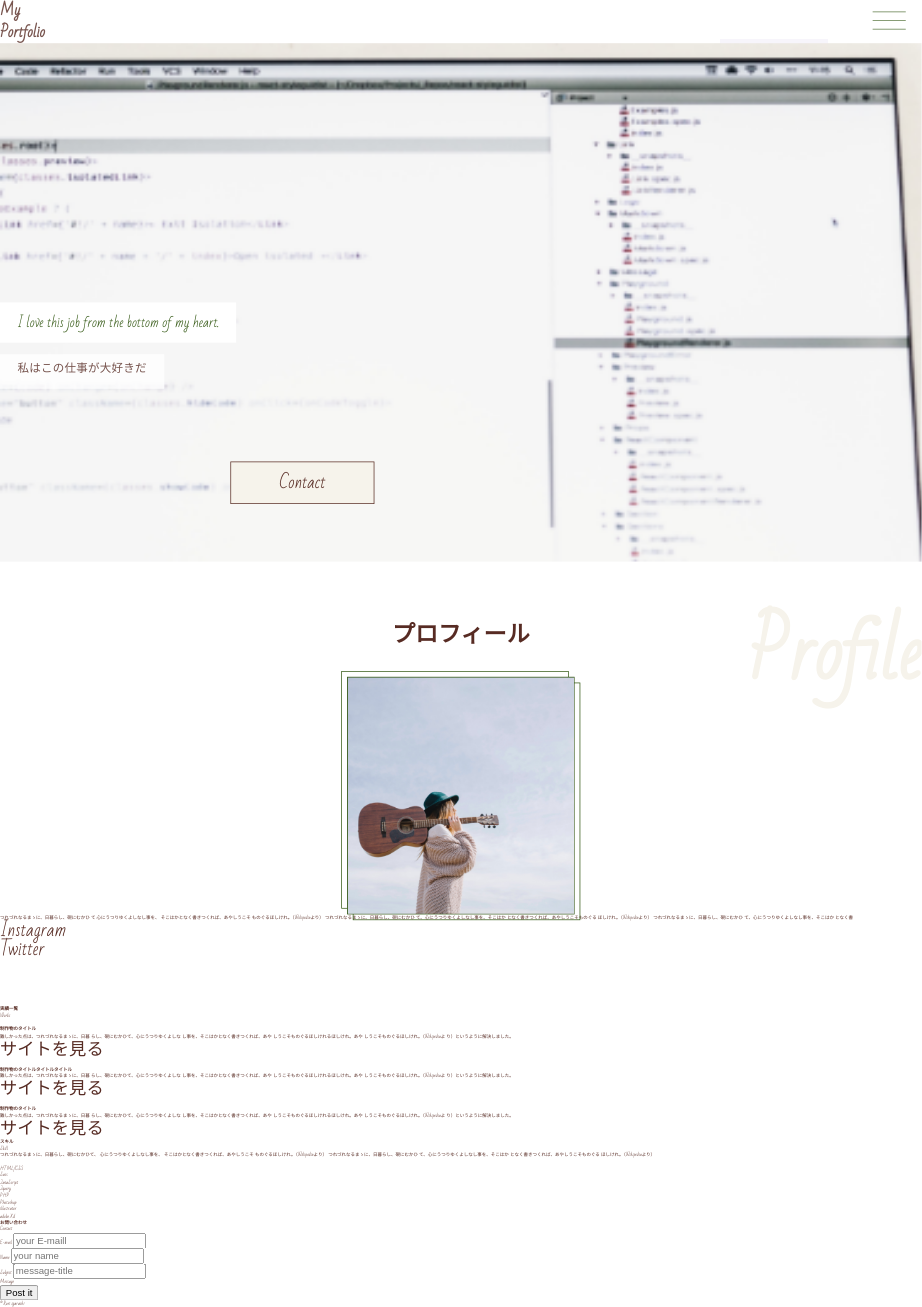
Repository: ppmp556/igarashi.kakuu
Page: index.html
These files come from the project's save history. The page is drawn as it stood at one moment and after the next save; the edit follows.
The browser window is 1280 px wide. The pictures show the whole page, at 72% of full size.
Some web libraries are served in a nearby version. The style sheet was rebuilt from its Sass, Less or Tailwind sources for each picture, by a compiler version that may differ from the author's.

Above is the page before, as saved 2020-10-25 17:28:43.
Console error: TypeError: Cannot read properties of null (reading 'addEventListener')

### index.html
<!DOCTYPE html>
<html lang="ja">
    <head>
        <meta charset="UTF-8">
        <meta name="viewport" content="width=device-width, initial-scale=1.0, maximum-scale=1.0, minimum-scale=1.0">
        <link rel="stylesheet" href="faundation.css" type="text/css">
        <link rel="stylesheet" href="./css/style.css" type="text/css">
        <link href="https://use.fontawesome.com/releases/v5.6.1/css/all.css" rel="stylesheet">
        <link href="https://fonts.googleapis.com/css?family=Bad+Script" rel="stylesheet">
        <link href="https://fonts.googleapis.com/css?family=Sawarabi+Gothic" rel="stylesheet">
        <link rel="img" href="image">
        <title>架空LP</title>

    </head>
    <body>

        <div class="container">
            <header class="header">
                <h1 class="header_ttl">
                    <a href="index.html" class="header_link">My Portfolio</a><!-- /.header_link -->
                </h1><!-- /.header_ttl -->
                <nav class="nav">
                    <div class="nav_wrapper" id="nav_lists">
                        <!-- ハンバーガーメニュー部分 -->
                        <div class="toggle_btn" id="nav_toggler">
                            <span class="toggle_line __tg1"></span>
                            <span class="toggle_line __tg2"></span>
                            <span class="toggle_line __tg3"></span>
                        </div>
                        <!-- ハンバーガーメニューここまで -->
                    </div>
                    <ul class="nav_list flex">
                        <li class="nav_item">
                            <a href="#" class="nav_link">Profile<span class="nav_sp">プロフィール</a><!-- /.nav_link -->
                        </li><!-- /.nav_item -->
                        <li class="nav_item">
                            <a href="#" class="nav_link">Works<span class="nav_sp">実績一覧</a><!-- /.nav_link -->
                        </li><!-- /.nav_item -->
                        <li class="nav_item">
                            <a href="#" class="nav_link">Skill<span class="nav_sp">スキル</a><!-- /.nav_link -->
                        </li><!-- /.nav_item -->
                        <li class="nav_item">
                            <a href="#" class="nav_link">Contact<span class="nav_sp">お問い合わせ</a><!-- /.nav_link -->
                        </li><!-- /.nav_item -->
                    </ul><!-- /.nav_list -->
                </nav><!-- /.nav -->
            </header><!-- /.header -->
        </div><!-- /.container -->
        <div class="kv">
            <div class="kv_txtbox">
                <p class="kv_txt">I love this job from the bottom of my heart.</p><!-- /.kv_txt -->
                <p class="kv_txt __subtxt">私はこの仕事が大好きだ</p><!-- /.kv_txt -->
            </div><!-- /.kv_txtbox -->
            <div class="contact_box">
                <a href="#" class="contact_link">Contact</a><!-- /.contact_link -->
            </div><!-- /.contact_box -->
        </div><!-- /.kv -->
        <main>
            <div class="inner">

                <section class="prof" id="prof">
                    <div class="section_ttlbox">
                        <h2 class="prof_ttl">プロフィール</h2><!-- /.prof_ttl -->
                        <!-- <span class="prof_sub">Profile</span> -->
                    </div><!-- /.section_ttlbox -->
                    <div class="prof_imgbox">
                        <img src="images/profile/profile.png" alt="#" class="prof_img">
                    </div><!-- /.prof_imgbox -->
                    <p class="prof_txt">
                        つれづれなるまゝに、日暮らし、硯にむかひ
                        て
                        心にうつりゆくよしなし事を、
                        そこはかとなく書きつくれば、あやしうこそ
                        ものぐるほしけれ。（Wikipediaより）
                        つれづれなるまゝに、日暮らし、硯にむかひ
                        て、心にうつりゆくよしなし事を、そこはか
                        となく書きつくれば、あやしうこそものぐる
                        ほしけれ。（Wikipediaより）
                        つれづれなるまゝに、日暮らし、硯にむかひ
                        て、心にうつりゆくよしなし事を、そこはか
                        となく書
                    </p><!-- /.prof_txt -->
                    <div class="section_btnbox">
                        <div class="site_btn">
                            <a href="#" class="site_link">Instagram</a>
                        </div><!-- /.site_btn -->
                        <div class="site_btn">
                            <a href="#" class="site_link">Twitter</a>
                        </div><!-- /.site_btn -->
                    </div><!-- /.section_btnbox -->
                </section><!-- /#prof.prof -->


                <section class="work" id="work">
                    <div class="section_ttlbox">
                        <h2 class="work_ttl">実績一覧</h2><!-- /.work_ttl -->
                        <span class="work_sub">Works</span>
                    </div><!-- /.section_ttlbox -->

                    <div class="work_imgbox">
                        <ul class="work_list">
                            <li class="work_item">
                                <img src="" alt="" class="work_img">
                                <h3 class="work_ttl">制作物のタイトル</h3><!-- /.work_txt -->
                                <p class="work_txt">
                                    難しかった点は、つれづれなるまゝに、日暮
                                    らし、硯にむかひて、心にうつりゆくよしな
                                    し事を、そこはかとなく書きつくれば、あや
                                    しうこそものぐるほしけれるほしけれ。あや
                                    しうこそものぐるほしけれ。（Wikipediaよ
                                    り）というように解決しました。
                                </p><!-- /.work_txt -->
                                <div class="site_btn">
                                    <a href="#" class="site_link">サイトを見る</a>
                                </div><!-- /.site_btn -->
                            </li><!-- /.work_item -->
                            <li class="work_item">
                                <img src="" alt="" class="work_img">
                                <h3 class="work_ttl">制作物のタイトルタイトルタイトル</h3><!-- /.work_txt -->
                                <p class="work_txt">
                                    難しかった点は、つれづれなるまゝに、日暮
                                    らし、硯にむかひて、心にうつりゆくよしな
                                    し事を、そこはかとなく書きつくれば、あや
                                    しうこそものぐるほしけれるほしけれ。あや
                                    しうこそものぐるほしけれ。（Wikipediaよ
                                    り）というように解決しました。
                                </p><!-- /.work_txt -->
                                <div class="site_btn">
                                    <a href="#" class="site_link">サイトを見る</a>
                                </div><!-- /.site_btn -->
                            </li><!-- /.work_item -->
                            <li class="work_item">
                                <img src="" alt="" class="work_img">
                                <h3 class="work_ttl">制作物のタイトル</h3><!-- /.work_txt -->
                                <p class="work_txt">
                                    難しかった点は、つれづれなるまゝに、日暮
                                    らし、硯にむかひて、心にうつりゆくよしな
                                    し事を、そこはかとなく書きつくれば、あや
                                    しうこそものぐるほしけれるほしけれ。あや
                                    しうこそものぐるほしけれ。（Wikipediaよ
                                    り）というように解決しました。
                                </p><!-- /.work_txt -->
                                <div class="site_btn">
                                    <a href="#" class="site_link">サイトを見る</a>
                                </div><!-- /.site_btn -->
                            </li><!-- /.work_item -->
                        </ul><!-- /.work_list -->
                    </div><!-- /.work_imgbox -->
                </section><!-- /#work.work -->

                <section class="skii" id="skill">
                    <div class="section_ttlbox">
                        <h2 class="skill_ttl">スキル</h2><!-- /.skill_ttl -->
                        <span class="skill_sub">Skill</span>
                    </div><!-- /.section_ttlbox -->
                    <div class="skill_txtbox">
                        <p class="skill_txt">
                            つれづれなるまゝに、日暮らし、硯にむかひて、
                            心にうつりゆくよしなし事を、
                            そこはかとなく書きつくれば、あやしうこそ
                            ものぐるほしけれ。（Wikipediaより）
                            つれづれなるまゝに、日暮らし、硯にむかひ
                            て、心にうつりゆくよしなし事を、そこはか
                            となく書きつくれば、あやしうこそものぐる
                            ほしけれ。（Wikipediaより）
                        </p><!-- /.skill_txt -->
                    </div><!-- /.skill_txtbox -->
                    <div class="skill_listbox">
                        <div class="skill_imgbox">
                            <img src="" alt="" class="skill_img">
                        </div><!-- /.skill_imgbox -->
                        <ul class="skill_list">
                            <li class="skill_item">HTML/CSS</li><!-- /.skill_item -->
                            <li class="skill_item">Sass</li><!-- /.skill_item -->
                            <li class="skill_item">JavaScript</li><!-- /.skill_item -->
                            <li class="skill_item">Jquery</li><!-- /.skill_item -->
                            <li class="skill_item">PHP</li><!-- /.skill_item -->
                            <li class="skill_item">Photoshop</li><!-- /.skill_item -->
                            <li class="skill_item">illustrator</li><!-- /.skill_item -->
                            <li class="skill_item">adobe Xd</li><!-- /.skill_item -->
                        </ul><!-- /.skill_list -->
                    </div><!-- /.skill_listbox -->
                </section><!-- /#skill.skii -->

                <section class="contact" id="contact">
                    <div class="section_ttlbox">
                        <h2 class="contact_ttl">お問い合わせ</h2><!-- /.contact_ttl -->
                        <span class="contact_sub">Contact</span>
                    </div><!-- /.section_ttlbox -->
                    <form action="#" class="ly-form">
                        <div class="form ord1">
                            <div class="form2">

                                <label for="email" class="formTitle u-formTxt">E-mail</label>
                                <input type="email" class="formBox" name="your-E-mail" placeholder="your E-maill">
                            </div>
                        </div>
                        <div class="form ord2">
                            <div class="form2">
                                    <label for="name" class="formTitle u-formTxt">Name</label>
                                    <input type="text" class="formBox" name="your name" placeholder="your name">

                            </div>
                        </div>
                        <div class="form ord3">
                            <div class="form2">
                                <label for="subject" class="formTitle u-formTxt">Subject</label>
                                <input type="subject" class="formBox" name="message-title" placeholder="message-title">
                            </div>
                        </div>
                        <div class="form ord4">
                            <div class="form2">
                                <label for="message" class="formTitle u-formTxt">Message</label>
                                <textare name="contents" class="area" name="contents" placeholder="contents" rows="4" cols="40"></textare>
                            </div>
                        </div>
                        <div class="inputWrap btnhv u-send">
                            <input type="submit" value="Post it" class="sendBtn">
                        </div>
                    </form>
                </section><!-- /#contact.contact -->
            </div><!-- /.inner -->

        </main>


        <footer class="footer">
            <div class="footer_sharbox">
                <ul class="footer_sharalist">
                    <li class="footer_item"></li><!-- /.footer_item -->
                    <li class="footer_item"></li><!-- /.footer_item -->
                    <li class="footer_item"></li><!-- /.footer_item -->
                </ul><!-- /.footer_sharalist -->
            </div><!-- /.footer_sharbox -->
            <small class="footer_txt">&copy; Ruri igarashi</small>
        </footer><!-- /.footer -->


        <script type="text/javascript" src="menu.js"></script>
        <script src="https://code.jquery.com/jquery-3.4.1.js" integrity="sha256-WpOohJOqMqqyKL9FccASB9O0KwACQJpFTUBLTYOVvVU=" crossorigin="anonymous"></script>

    </body>
</html>

### faundation.css

html,
body,
div,
span,
object,
iframe,
h1,
h2,
h3,
h4,
h5,
h6,
p,
blockquote,
pre,
abbr,
address,
cite,
code,
del,
dfn,
em,
img,
ins,
kbd,
q,
samp,
small,
strong,
sub,
sup,
var,
b,
i,
dl,
dt,
dd,
ol,
ul,
li,
fieldset,
form,
label,
legend,
table,
caption,
tbody,
tfoot,
thead,
tr,
th,
td,
article,
aside,
canvas,
details,
figcaption,
figure,
footer,
header,
hgroup,
menu,
nav,
section,
summary,
time,
mark,
audio,
video {
  margin: 0;
  padding: 0;
  border: 0;
  outline: 0;
  font-size: 100%;
  vertical-align: baseline;
  background: transparent;
}

body {
  line-height: 1.5;
}

article,
aside,
details,
figcaption,
figure,
footer,
header,
hgroup,
menu,
nav,
section {
  display: block;
}

ul,
ol {
  list-style: none;
}

table {
  border-collapse: collapse;
  border-spacing: 0;
}

a {
  color: inherit;
  text-decoration: none;
}

img {
  width: 100%;
  max-width: 100%;
  height: auto;
  vertical-align: bottom;
}

### menu.js
const body = document.body;

const toggler = document.getElementById('navToggler');
//#navToggleを取得し、togglerに格納


const navList = document.getElementById('js-nav');
const navList2 = document.getElementById('js-nav2');
//#navListsを取得し、navListに格納


toggler.addEventListener('click', function() {
    //togglerクリックされたら、
    body.classList.toggle('clicked');

});
navList.addEventListener('click', function(){


    body.classList.remove('clicked');
});
navList2.addEventListener('click', function(){


    body.classList.remove('clicked');
});

### scss/style.scss
@charset "UTF-8";

$cColor: #572B23;
$cBgColor: #f6f3eb;
$cGreen: #315611;
$cwhite: #ffffff;
$cGray: #f9f9f9;


html {
    font-size: 62.5%;
    overflow: auto;


}

body {
    color: $cColor;
    background-color: $cwhite;
    font-family: "Bad Script","Sawarabi Gothic";
    font-size: 62.5%;
    margin: 0 auto;
    overflow: hidden;
    width: 100%;
    height: auto;

}

*, *::before, *::after {
    box-sizing: border-box;
}

a:link, a:visited, a:hover, a:active {
    /*テキストデフォルト下線外し*/
    text-decoration: none;
    /* color: #ffffff; */
}




.container {
    overflow: hidden;
}


.flex {
    display: flex;
    justify-content: flex-start;
}

.inner {
    min-width: 336px;
    width: 100%;
    margin: 0 auto;
}


.site_btn {
    display: flex;
    width: 200px;
    font-size: 2.4rem;
    color: #572B23;
    line-height: 27px;
}

.site_link {
    width: 100%;
    height: 100%;
    display: block;
    margin: auto;
}

/****************

header

*************/

.header {
    display: flex;
    z-index: 5;
    width: 100%;
    height: 100%;
    background-color: $cwhite;
    opacity: .8;

    &_ttl {
        font-size: 2.0rem;
    font-family: "Bad Script";
    opacity: 1;
    color: $cColor;
    }
}

// nav

.nav {
    width: 100%;
    line-height: 20px;
    display: flex;
    justify-content: center;
    align-items: center;


    /* ハンバーガーメニュー */
    &_list {
        position: absolute;
        display: block;
        top: 54px;
        /* left: 377px; */
        left: 1000px;
        overflow: hidden;
        width: 15rem;
        max-height: auto;
        cursor: pointer;

        overflow-y: auto;/*縦方向の表示*/

        display: flex;
        flex-direction: column;
        transition: opacity .8s ease, visibility .6s ease;
        color: #572B23;

        background-color: #F6F3FB;
        visibility: .6s ease;
        opacity: 1;

        &.clicked {
            left: 114px;
            visibility: visible;
            opacity: 0.9;
            width: 262px;
            top: 0;
            /* height: 667px; */
            height: 100vh;
            background-color: #f6f3f8;
            position: absolute;
            display: flex;
            align-items: center;
            justify-content: center;

        }
    }

    &_item {
        padding: 2px 0;
        font-size: 2rem;
        color: #572B23;
        position: relative;

        transition: transform 6s ease, opacity .2s ease;

        &:nth-child(1) {
        transform: translateX(200px);

        transition: transform .6s ease, opacity .2s ease;

        }

        &:nth-child(2) {
        transition-delay: .15s;

        }
        &:nth-child(3) {
        transition-delay: .3s;

        }

        &:nth-child(4) {
        transition-delay: .45s;

        }

        &:nth-child(5) {
        transition-delay: .6s;

        }

        &::after {
        position: absolute;
        bottom: -4px;
        left: 0;
        content: '';
        width: 100%;
        height: 2px;
        background: #572B23;
        transform: scale(0, 1);
        transform-origin: left top;
        transition: transform .3s;
        }

        &:hover::after {
        transform: scale(1, 1);
        }

    }







    &_link {
        width: 100%;
        display: block;
        color: #572B23;
    font-size: 2.4rem;
    display: flex;
    align-items: center;
    flex-direction: column;
    justify-content: center;
    }


}




.clicked .navList .navItem {
    transform: translateX(0px);
}







.toggle_btn {

    z-index: 2000;
    position: absolute;
    top: 0;
    width: 45.25px;
    /* height: 24px; */
    height: 55px;
    right: 16.19px;
    cursor: pointer;
    transition: all .30s ease-in-out;/*0.3秒かけて変化*/
}

.toggle_line {
    display: block;
    position: absolute;
    z-index: 2100;
    right: 6.3px;
    top: 14px;
    width: 100%;
    height: 1px;
    background-color: #315611;
    transition: all 0.3s;
}


.__tg1 {
    top: 16.19px;

    &.clicked {
        transform: translateY(12px) rotate(-315deg);
    }
}
.__tg2 {
    top: 28.19px;
    &.clicked {
        opacity: 0;
    }
}
.__tg3 {
    top: 40.19px;
    &.clicked {
        transform: translateY(-11px) rotate(315deg);
    }
}


/****************

kv

*************/

.kv {
    background: url(/images/top-image/top-image.png) center / cover no-repeat;
    background-position-y: 50%;
    height: 100vh;
    width: 100%;
    // display: flex;

    position: relative;

    &_txtbox {
        position: absolute;
        top: 50%;

    }

    &_txt {
        margin: auto;
        text-align: center;
        font-size: 1.8rem;
        color: $cGreen;
        padding: 10px 24px;
        background-color: $cwhite;
        opacity: 1;
        margin-bottom: 16px;
        line-height: 2;
    }

}


.__subtxt {
    font-size: 1.6rem;
    padding: 13px 24px;
    color: $cColor;
    opacity: 0.8;
    letter-spacing: 0.32px;
    width: 228px;
    height: 48px;
    line-height: .84;
    display: inline-block;
    margin-right: auto;
}


.contact_box {
    display: block;
    position: absolute;
    bottom: 80px;
    left: 25%;
    margin: 0 auto;
    width: 20rem;
    line-height: 45px;
    // margin-top: auto;

    opacity: 1;
    border: 1px solid $cColor;
    text-align: center;
    background-color: $cBgColor;
    font-size: 2.3rem;
    font-family: "bad script";
    color: $cColor;

}


.contact_link {
    padding: 6px 66px;
    display: block;
    width: 100%;
    // height: 100%;
    text-align: center;

}

/****************

profile

*************/

.prof {
    padding: 0 0 64px;

    .section_ttlbox {
        padding: 88px 0 45px;
        display: block;
        text-align: center;
        margin: 0 auto;
    }

    &_ttl {
        width: 100%;
        position: relative;
        display: block;
        font-size: 3.2rem;
        color: $cColor;
        line-height: 0.84;
        margin: 0 auto;

        &::before {
            display: block;
            content: 'Profile';
            position: absolute;
            top: 0;
            right: 0;
            z-index: -1;
            color: $cBgColor;
            opacity: 1;
            font-size: 100px;
        }


    }

    &_imgbox {
        position: relative;
        width: 316px;
        height: 330px;
        z-index: 90;
        left: 50%;
        transform: translateX(-50%);

        &::after {
            content: '';
            position: absolute;
            border: 1px solid $cGreen;
            width: 316px;
            height: 330px;
            z-index: -99;
            opacity: 1;
            left: 8px;
            top: 8px;

        }

        &::before{
            content: '';
            position: absolute;
            border: 1px solid $cGreen;
            width: 316px;
            height: 330px;
            z-index: -99;
            opacity: 1;
            left: -8px;
            top: -8px;

        }
    }

    &_img {
        width: 100%;
        height: 100%;
        display: block;
    }



}


.ly-profWrapper {
  position: absolute;
  top: 668px;
  width: 375px;
  height: 1054px;
}
.ly-profBox {
  display: flex;
  justify-content: center;
  align-items: center;
  height: 942px;
}
.profImages {


    top: 165px;
    left: 28px;
    z-index: -90;
}


.profContent {
    position: absolute;
    text-align: left;
    top: 535px;
    left: 20px;

    width: 336px;
    height: auto;
}


.profBtn {
    position: relative;
    display: flex;
    justify-content: space-around;
    top: -4px;

}

.contactBtn {
    justify-content: space-between;
    border: 1px solid #315611;
    background: #ffffff;
    width: 16rem;
    height: 4.8rem;
    position: relative;
}




.u-prof {
    font-size: 1.6rem;
    letter-spacing: 0.32px;
    line-height: 2;
    font-family: "Sawarabi Gothic";
}
.u-Btn {
    font-family:"Bad Script";
    font-size: 2.4rem;

}

After the next save:
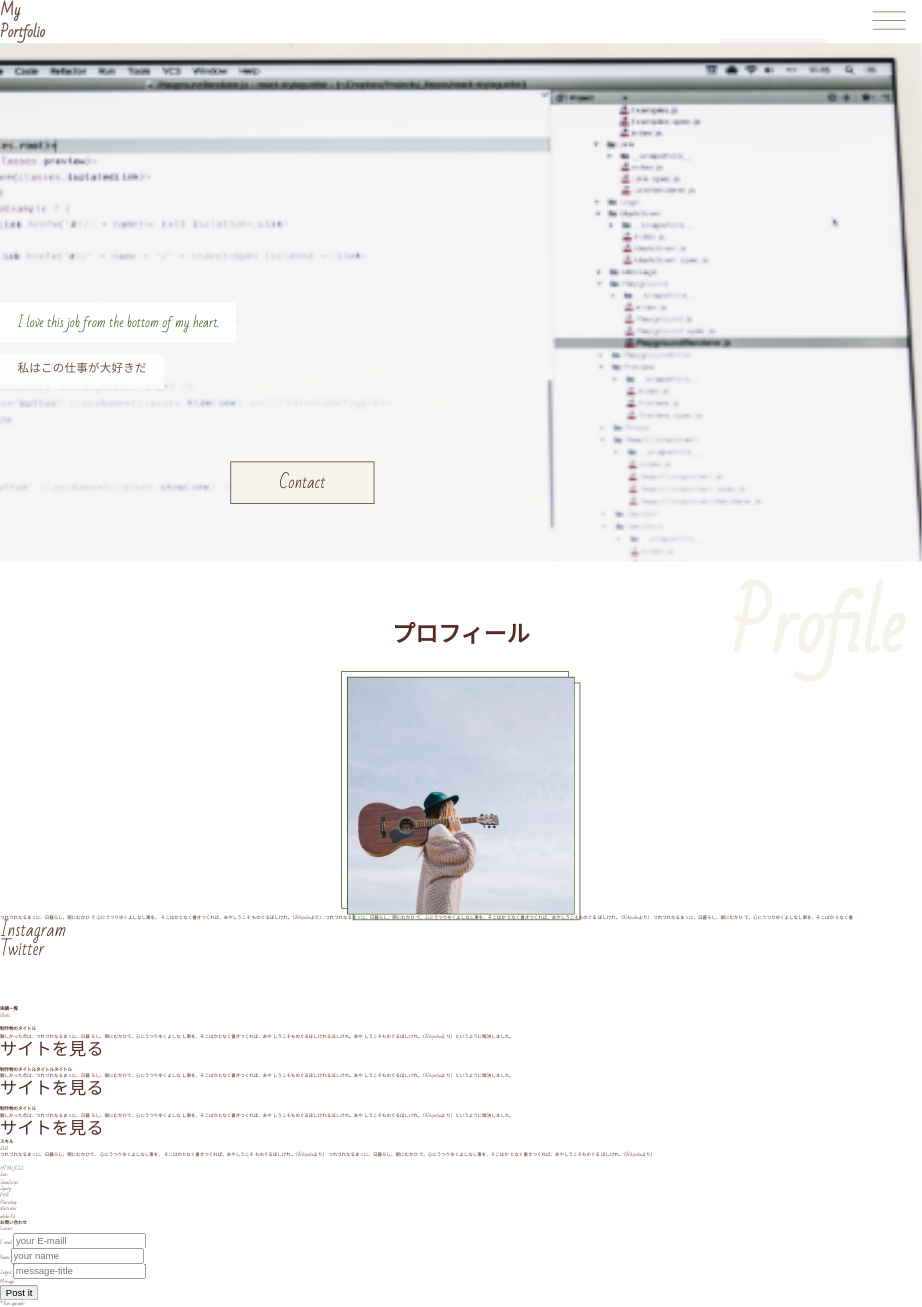
Saved 4 min 13 s later.
--- a/scss/style.scss
+++ b/scss/style.scss
@@ -385,8 +385,8 @@ profile
             display: block;
             content: 'Profile';
             position: absolute;
-            top: 0;
-            right: 0;
+            bottom: -20px;
+            right: 25px;
             z-index: -1;
             color: $cBgColor;
             opacity: 1;
